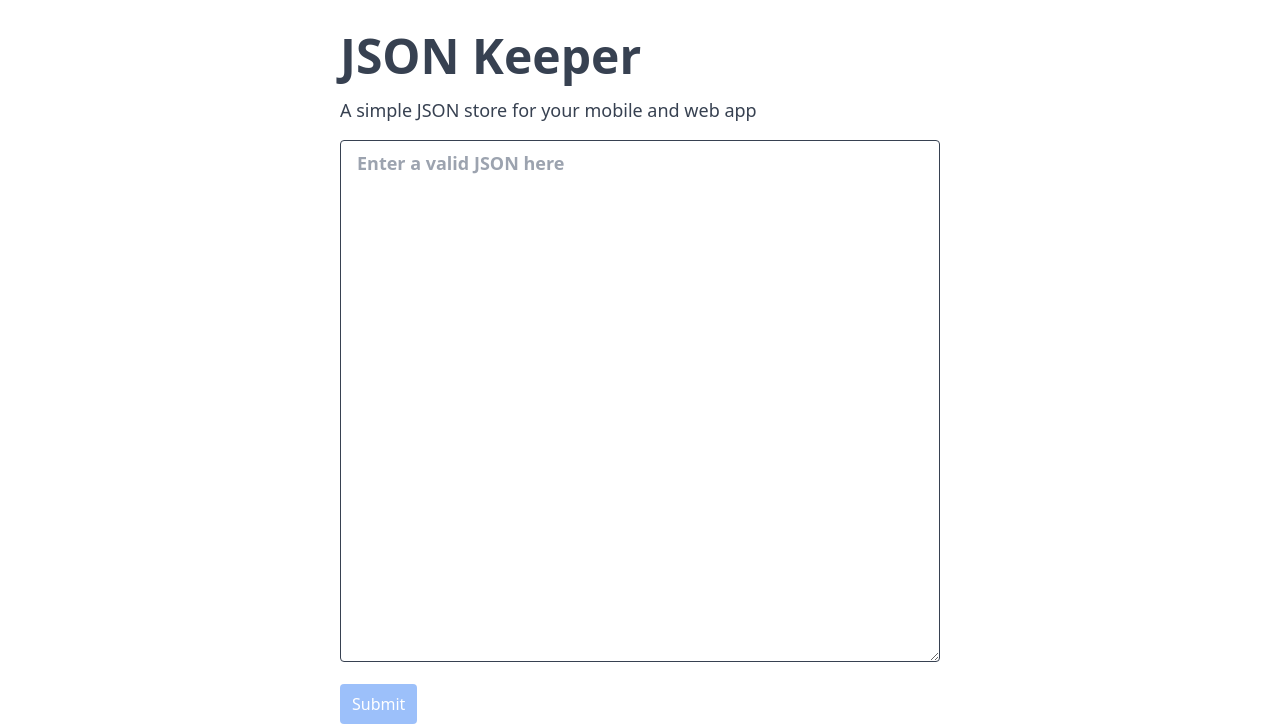
Repository: lakshithapramodya/jsonhub
Page: / (app in client/)
These files come from the project's save history. The page is drawn as it stood at one moment and after a run of saves; the edit follows.
The browser window is 1280 px wide. The pictures show the whole page.
The page's requests for data from a server got no answer. The project was rebuilt for these pictures with package versions that can differ from the ones it lists, and the page was loaded fresh each time. No one was signed in, and anything a server would have sent is missing. Also part of the build but not shown: client/src/HandleJsonData.js.

Above is the page before, as saved 2023-05-10 12:26:41.

### client/src/index.js
import React from "react";
import ReactDOM from "react-dom/client";
import "./index.css";
import App from "./App";
import { BrowserRouter, Route, Routes } from "react-router-dom";
import HandleJsonData from "./HandleJsonData";

const root = ReactDOM.createRoot(document.getElementById("root"));
root.render(
  <React.StrictMode>
    <BrowserRouter>
      <Routes>
        <Route path="/" element={<App />} />
        <Route path=":url" element={<HandleJsonData />} />
      </Routes>
    </BrowserRouter>
  </React.StrictMode>
);

### client/src/App.js
import { useState } from "react";
import { SERVER_ENDPOINT } from "./config/Default";
import axios from "axios";

function App() {
  const [input, setInput] = useState([]);
  const [url, setUrl] = useState("");

  const sendRequest = async () => {
    const res = await axios
      .post(`${SERVER_ENDPOINT}/api/json`, {
        text: input,
      })
      .then()
      .catch((err) => console.log(err));
    const data = res.data;
    return data;
  };

  const handleSubmit = (e) => {
    e.preventDefault();
    sendRequest().then((res) => {
      console.log(res.url);
      res && setInput([]);
      setUrl(res.url);
    });
  };

  function isJsonString(str) {
    try {
      JSON.parse(str);
    } catch (e) {
      return false;
    }
    return true;
  }

  return (
    <div className="min-w-full min-h-screen flex flex-col">
      {url && (
        <a href={`${SERVER_ENDPOINT}/${url}`}>{`${SERVER_ENDPOINT}/${url}`}</a>
      )}
      <div className="flex flex-col mx-auto mt-8 w-full md:w-1/2 items-center justify-center">
        <form onSubmit={handleSubmit} className="w-full space-y-4 px-5">
          <h1 className="text-5xl font-semibold text-gray-700">JSON Keeper</h1>
          <p className="text-gray-700 text-lg">
            A simple JSON store for your mobile and web app
          </p>
          <textarea
            placeholder="Enter a valid JSON here"
            onChange={(e) => setInput(e.target.value)}
            value={input}
            rows={18}
            className="border-[0.5px] border-gray-700 w-full rounded p-2 px-4 text-lg font-semibold focus:outline-none"
          />
          <button
            className="bg-blue-500 p-2 px-3 rounded text-white disabled:opacity-50"
            disabled={!isJsonString(input)}
            type="submit"
          >
            Submit
          </button>
        </form>
      </div>
    </div>
  );
}

export default App;

### client/src/config/Default.js
export const SERVER_ENDPOINT =
  process.env.REACT_APP_SERVER_ENDPOINT || "http://localhost:5000";

Loaded but not shown: client/public/index.html (common file); client/src/index.css (common file); client/tailwind.config.js (common file)

After the next 2 saves:
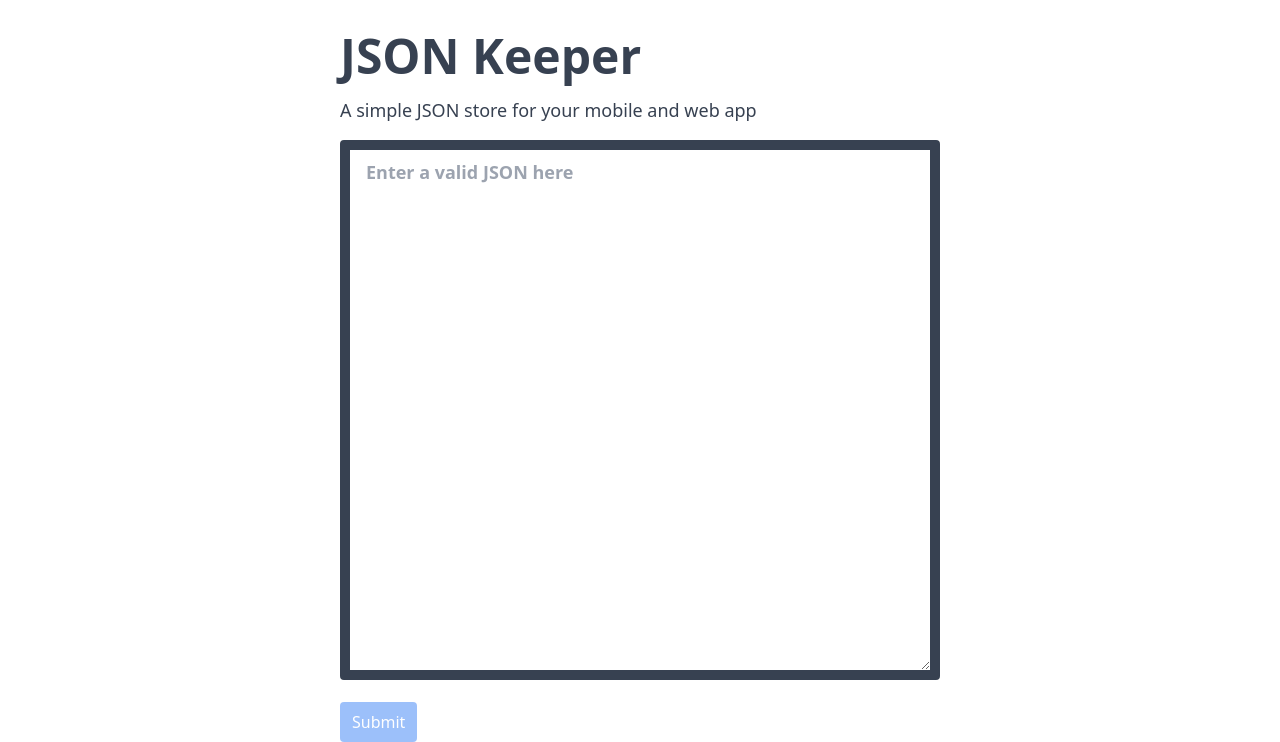
The 2 saves are shown as one change because they came seconds apart.
The last was saved 11 s later.
--- a/client/src/App.js
+++ b/client/src/App.js
@@ -51,7 +51,7 @@
             onChange={(e) => setInput(e.target.value)}
             value={input}
             rows={18}
-            className="border-[0.5px] border-gray-700 w-full rounded p-2 px-4 text-lg font-semibold focus:outline-none"
+            className="border-[10px] border-gray-700 w-full rounded p-2 px-4 text-lg font-semibold focus:outline-none"
           />
           <button
             className="bg-blue-500 p-2 px-3 rounded text-white disabled:opacity-50"

After the save that followed:
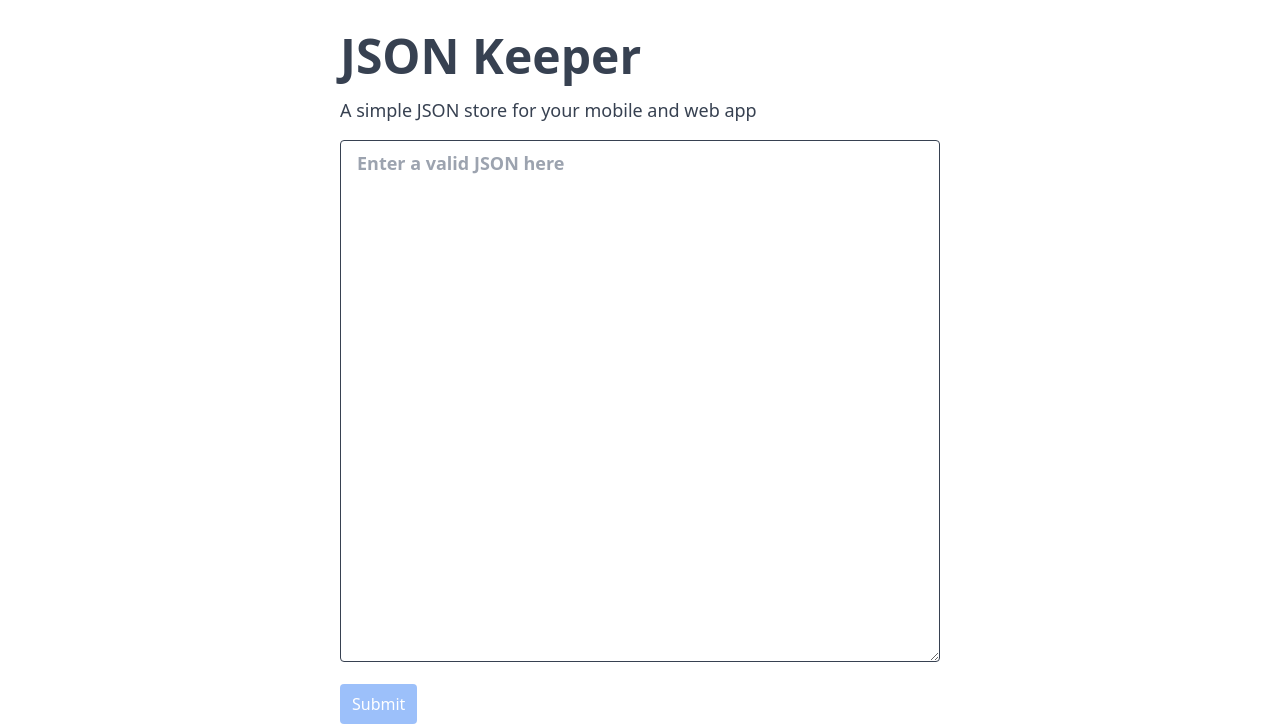
Saved 6 s later.
--- a/client/src/App.js
+++ b/client/src/App.js
@@ -51,7 +51,7 @@
             onChange={(e) => setInput(e.target.value)}
             value={input}
             rows={18}
-            className="border-[10px] border-gray-700 w-full rounded p-2 px-4 text-lg font-semibold focus:outline-none"
+            className="border-[0.1px] border-gray-700 w-full rounded p-2 px-4 text-lg font-semibold focus:outline-none"
           />
           <button
             className="bg-blue-500 p-2 px-3 rounded text-white disabled:opacity-50"
